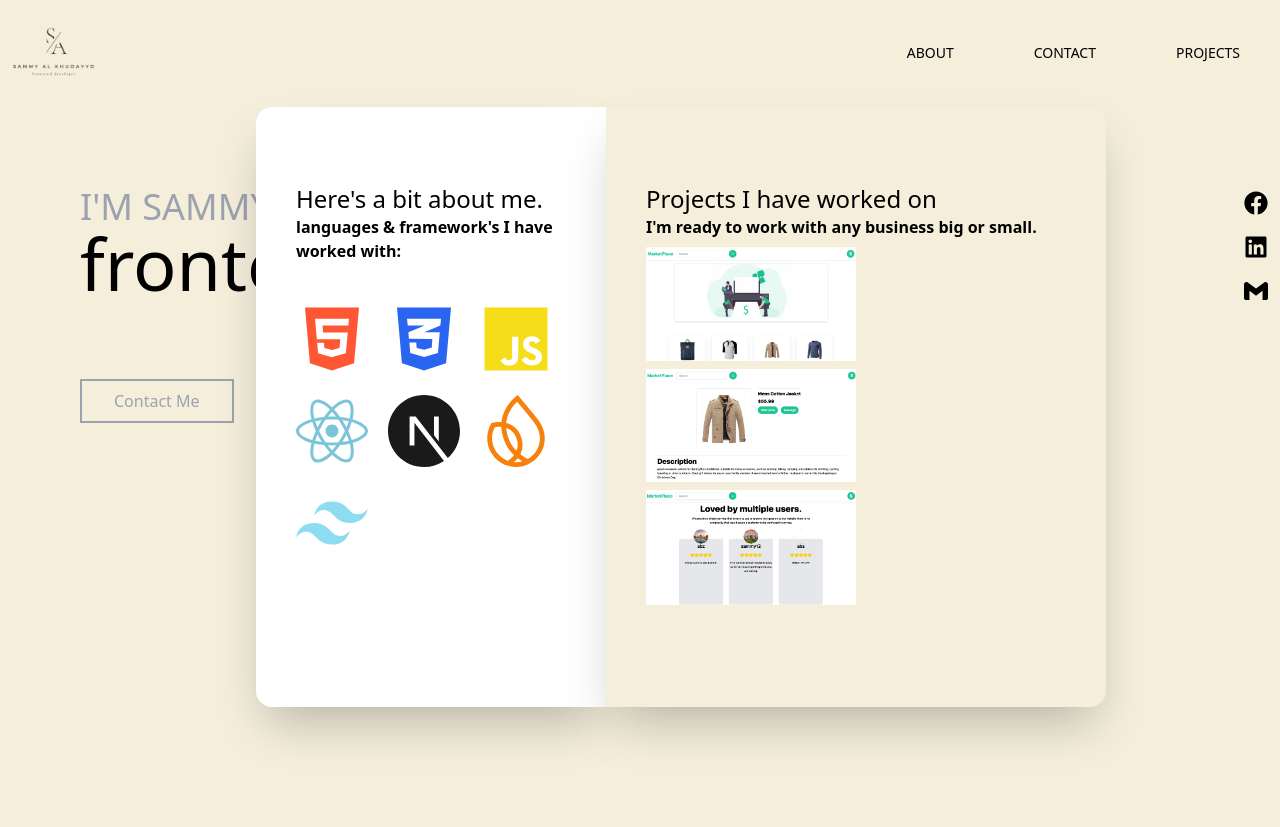
Repository: Al123Kudayyd/myportfolio
Page: /
An editor plug-in stored every save of this project. The page is shown before and after a run of saves, followed by the edit.
The browser window is 1280 px wide. The pictures show the whole page.
The project was rebuilt for these pictures with package versions that can differ from the ones it lists, and the page was loaded fresh each time. Also part of the build but not shown: src/components/model.js.

Above is the page before, as saved 2024-02-21 14:40:04.

After the next 2 saves:
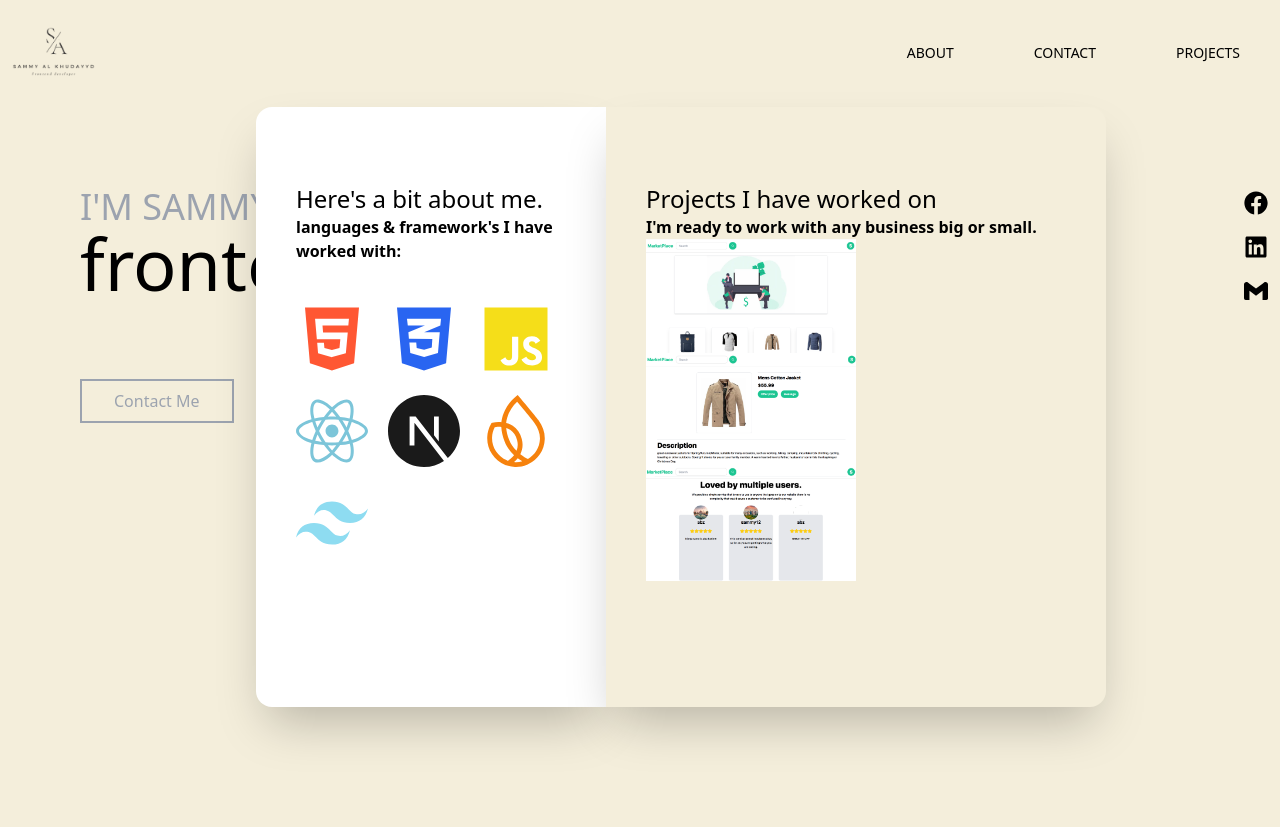
The 2 saves are shown as one change because they came seconds apart.
The last was saved 14 s later.
--- a/src/components/Projects.jsx
+++ b/src/components/Projects.jsx
@@ -35,11 +35,11 @@ function Projects() {
                     <h3 className='text-md font-bold'>I'm ready to work with any business big or small.</h3>
                     <div className='space-y-2 w-1/2'>
                         <div>
+                            <img src={project1} alt="" />
+                            <img src={project1b} alt="" />
+                            <img src={project1c} alt="" />
+                        </div>
 
-                        </div>
-                        <img src={project1} alt="" />
-                        <img src={project1b} alt="" />
-                        <img src={project1c} alt="" />
                     </div>
 
                 </div>
